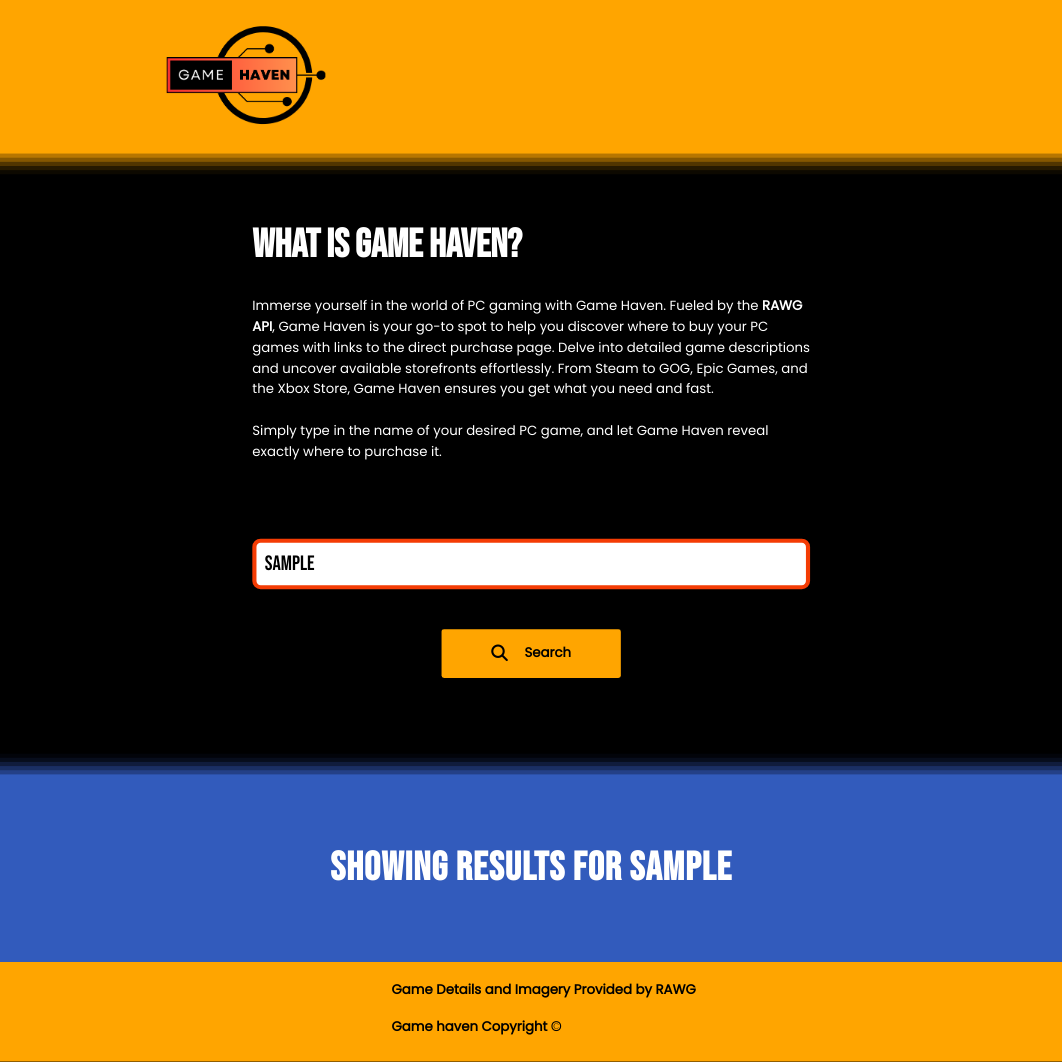
Repository: Steakfries101/Game-Haven
Page: index.html
An editor plug-in stored every save of this project. The page is shown before and after the next save, followed by the edit.
The browser window is 1280 px wide. The pictures show the whole page, at 83% of full size.
Empty fields were first filled with sample values (such as "Sample", 5 or name@example.com).
After loading, the first visible `#search-submit` was clicked once.
The page's requests for data from a server got no answer. Some web libraries are served in a nearby version.

Above is the page before, as saved 2024-03-01 16:19:55.
Console error: TypeError: Cannot read properties of undefined (reading 'forEach')

After the next save:
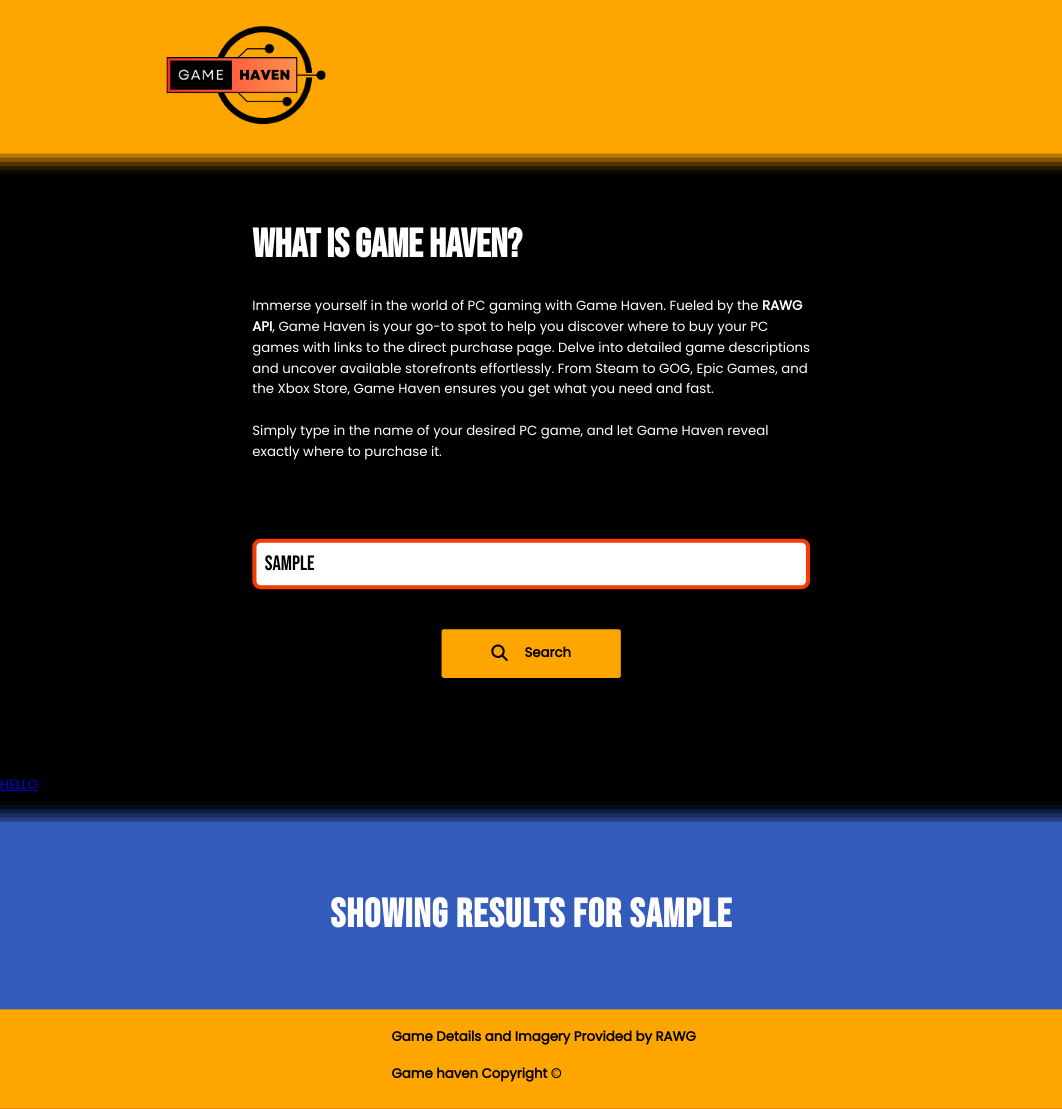
Saved 8 s later.
--- a/script.js
+++ b/script.js
@@ -236,6 +236,7 @@ function search() {
     return;
   } else {
     loopData(getSearchValue());
+    backToTopCreate();
   }
 }
 
